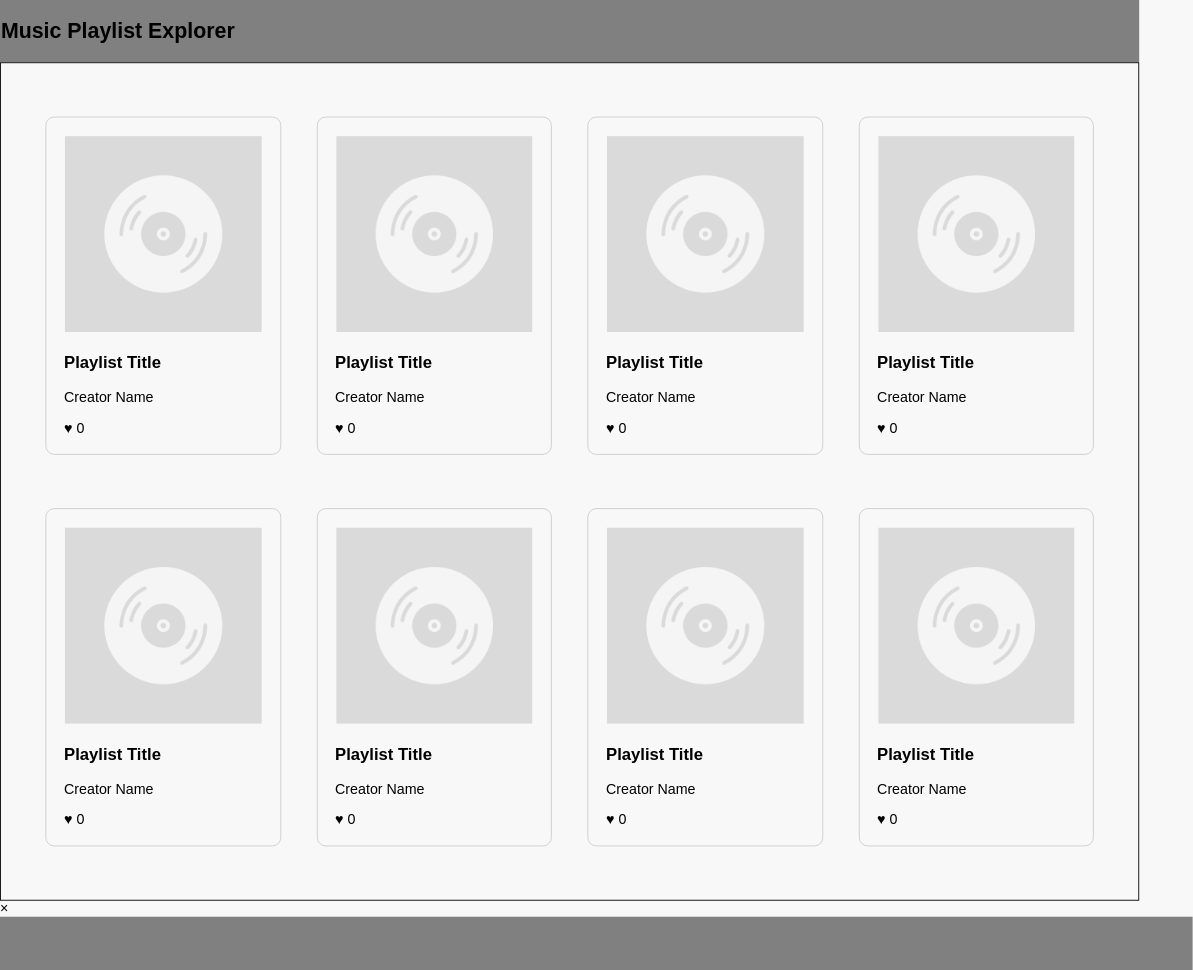
Repository: valentinaarojas/music-player-explorer
Page: index.html
The author's editor kept a copy of each file at every save. The page is drawn from the files as they stood at one save, then again after the next save.
The browser window is 1280 px wide. The page is 1340 px wide, so the pictures cover 1340 px, including what lies to the right of the window. The pictures show the whole page, at 89% of full size.

Above is the page before, as saved 2025-02-19 17:05:52.
Console error: SyntaxError: Unexpected token '{'

After the next save:
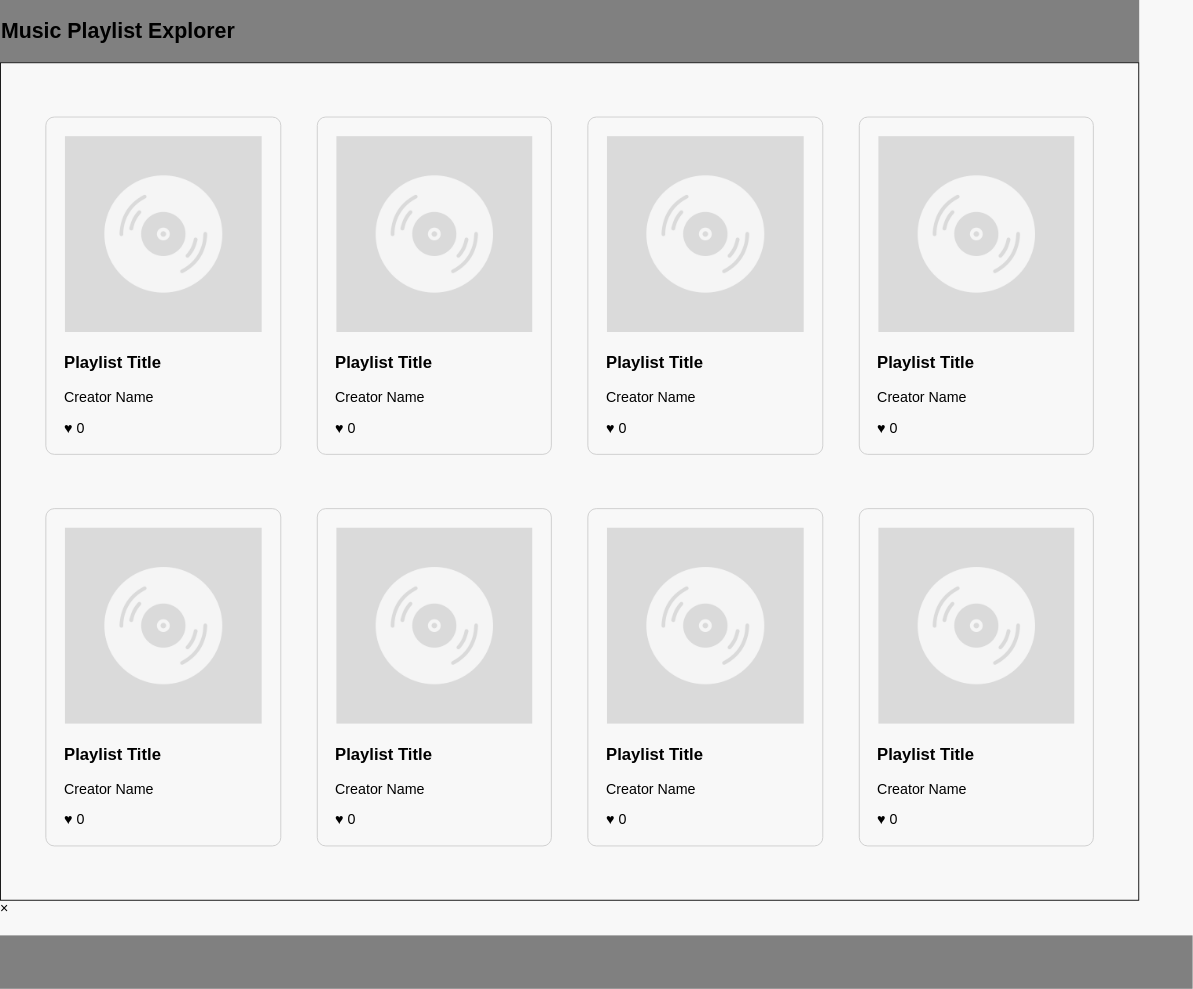
Saved 35 s later.
--- a/index.html
+++ b/index.html
@@ -139,7 +139,7 @@
     <div class="modal-overlay">
         <div class="modal-content">
             <span class="close">&times;</span>
-
+            <h1 id="festivalName"></h1>
         </div>
     </div>
 
